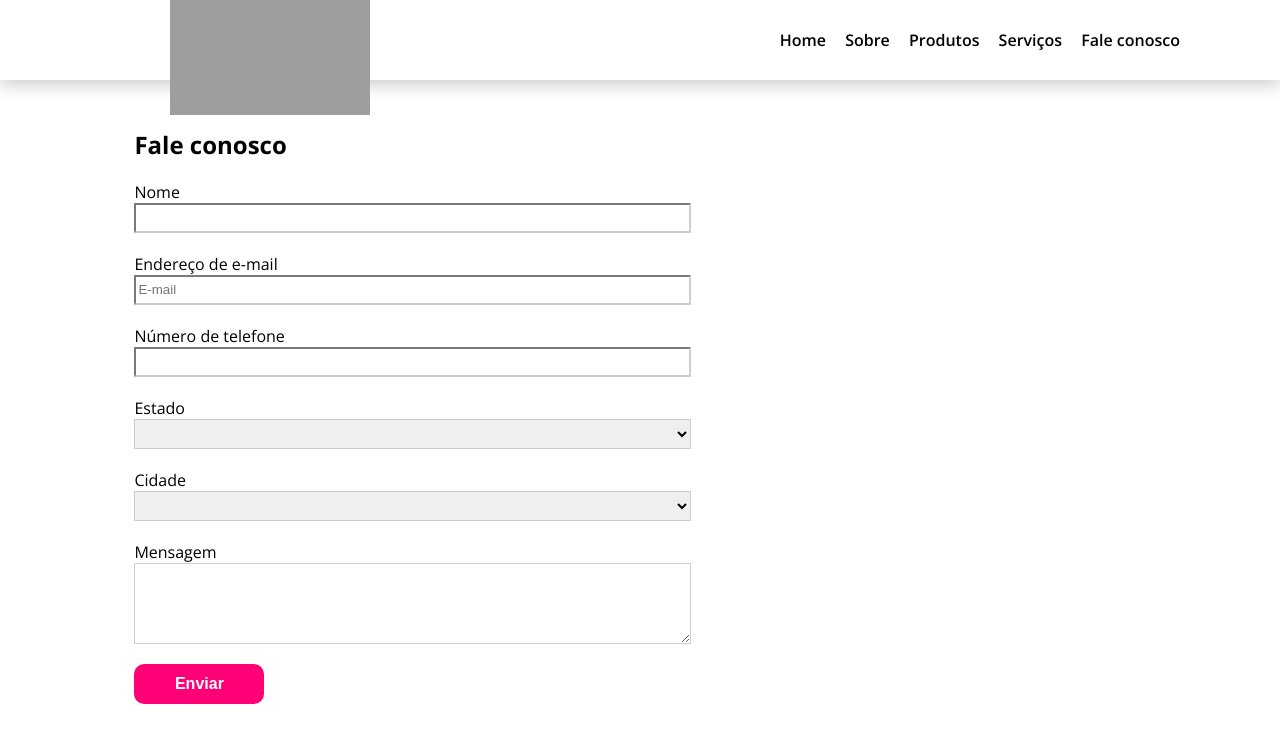
Repository: Iluiscarlos/Projeto-Site-PetShop
Page: Contacts.html
An editor plug-in stored every save of this project. The page is shown before and after the next save, followed by the edit.
The browser window is 1280 px wide. The pictures show the whole page.
Pictures or frames that could not be fetched are drawn as grey boxes. Some web libraries are served in a nearby version.

Above is the page before, as saved 2022-04-26 23:08:51.

### Contacts.html
<!DOCTYPE html>
<html lang="pt-BR">
<head>
  <meta charset="UTF-8">
  <meta name="viewport" content="width=device-width, initial-scale=1.0">
  <meta http-equiv="X-UA-Compatible" content="ie=edge">
  <title>pet&shop</title>
  <script src="https://kit.fontawesome.com/2c48374459.js" crossorigin="anonymous"></script>
  <link rel="preconnect" href="https://fonts.googleapis.com">
  <link rel="preconnect" href="https://fonts.gstatic.com" crossorigin>
  <link href="https://fonts.googleapis.com/css2?family=Open+Sans:wght@400;500;600;700&display=swap" rel="stylesheet">

<style>
    header {
      display: flex;
      align-items: center;
      justify-content: space-between;
      padding: 0 20px;
      position: fixed;
      top: 0;
      left: 0;
      right: 0;
      background-color: #ffffff;
      height: 80px;
      box-shadow: 0 5px 1em #cecece;
    }

    .brand-name {
      color: #ff0077;
      margin-right: 20px;
      font-family: 'Open Sans', sans-serif;
    }

    .brand-name a {
      color: inherit;
      text-decoration: none;
      width: 16px;
    }

    .font {
      font-family: 'Open Sans', sans-serif;
      font-weight: 100;
      font-size: medium;
    }

    .logo{
      width: 200px;
      height: 150px;
      padding-left: 150px;
    }

    .logo-about {
      width: 200px;
      height: 150px;
    }

    .navi {
      color: black;
      padding-right: 80px;
      justify-content: space-between;
      display: inline-block;
    }
    .navi a {
      color: black;
      font-family: 'Open Sans', sans-serif;
      font-weight: 600;
      padding-inline-start: 15px;
      text-decoration: none;
      height: 80px;
    }
    .navi a :visited{
      display: block;
      background-color: #ff0077;
    }

    .navi ::after{
      background-color: #ff0077;
    }

    .container {
      width: 80%;
      max-width: 100%;
      margin-left: auto;
      margin-right: auto;

    }

    .form-item {
      width: 55%;
      min-height: 30px;
      margin-bottom: 20px;
      box-sizing: border-box;
      border-color: #cecece;
    }

    #form {
      background-color:#ffffff;
      color:black;
      padding-top: 100px;
      padding-bottom: 20px;
    }

    .buttom{
      width:130px;
      height:40px;
      font-size: 16px;
      color:#ffffff;
      background-color:#ff0077;
      border-radius:10px;
      margin-top: -5px;
      border-style: none;
    }

    label {
        border-style: none;
        border: #cecece;
        border-width: thin;
    }

</style>
</head>
<body>
    <section class="font">
        <header>
            <img class="logo" id="home" src="logo-colored.svg"><a href="#banner"></a>
        <nav class="navi">
            <a href="Index.html">Home</a>
            <a href="About.html">Sobre</a>
            <a href="products.html">Produtos</a>
            <a href="Services.html">Serviços</a>
            <a href="">Fale conosco</a>
        </nav>
        </header>
    <section id="form" class="container">
            <h2 style="text-align: start;">Fale conosco</h2>
        <div class="form">
            <form>
                <label for="name">Nome</label> <br/>
                <input class="form-item" type="text" id="name" name="name" >
                <br/>
                <label for="email">Endereço de e-mail</label> <br/>
                <input class="form-item" type="email" id="email" name="email" placeholder="E-mail">
                <br/>
                <label for="phone">Número de telefone</label><br/>
                <input class="form-item" type="tel" id="phone" name="telefone">
                <br/>
                <label for="estado">Estado</label><br/>
                <select class="form-item" id="estado" name="Selecione"placeholder="Selecione">
                    <option value="0" selected disabled></option>
                    <option value="1">Rio Grande do Sul</option>
                </select>

                <br/>
                <label for="cidade">Cidade</label><br/>
                <select class="form-item" id="cidade" name="Selecione">
                    <option value="0" selected disabled></option>
                    <option value="1">Cachoeira do Sul</option>
                    <option value="2">Santa Maria</option>
                    <option value="3">Estrela</option>
                    <option value="4">Lajeado</option>
                    <option value="5">Porto Alegre</option>
                </select>
                <br/>
                <label for="textarea">Mensagem</label><br/>
                <textarea class="form-item" id="textarea" name="Mensagem"rows="5" cols="30"></textarea>
                <br/>
                <a href="Services.html" style="text-decoration: none;"><button class="buttom"><b>Enviar</b></button></a>
            </form>
        </div>
    </section>
</body>
</html>

After the next save:
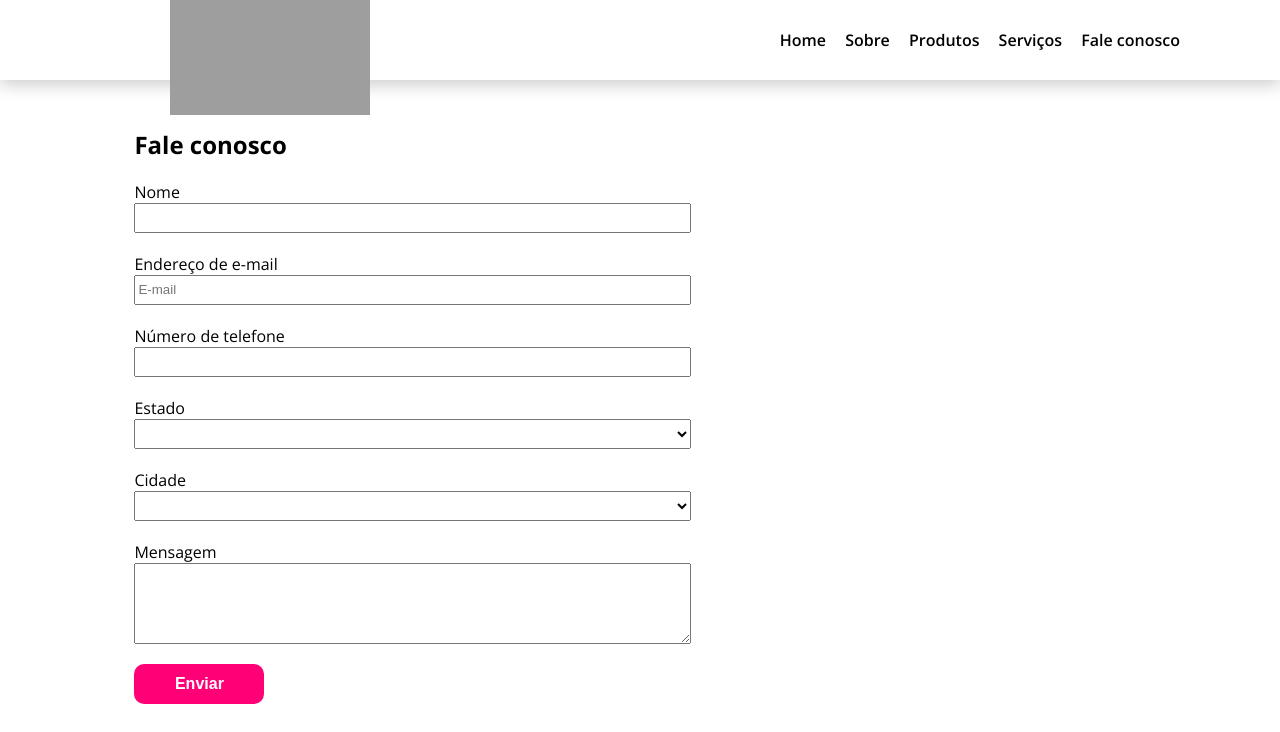
Saved 71 s later.
--- a/Contacts.html
+++ b/Contacts.html
@@ -90,7 +90,6 @@
       min-height: 30px;
       margin-bottom: 20px;
       box-sizing: border-box;
-      border-color: #cecece;
     }
 
     #form {
@@ -109,12 +108,6 @@
       border-radius:10px;
       margin-top: -5px;
       border-style: none;
-    }
-
-    label {
-        border-style: none;
-        border: #cecece;
-        border-width: thin;
     }
 
 </style>
